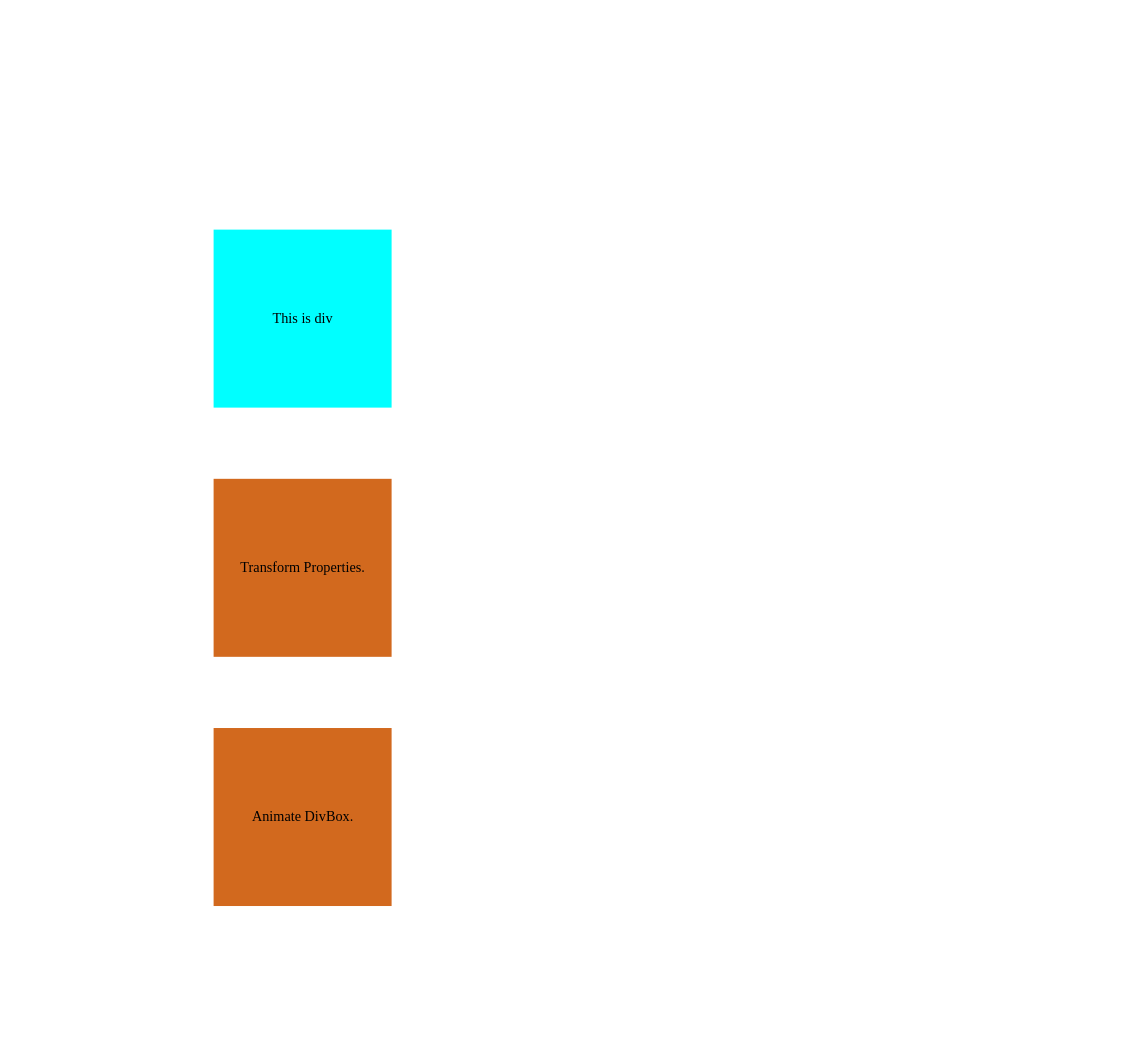
Repository: rakeshkolpepatil/CSS_Apana_College
Page: index.html
These files come from the project's save history. The page is drawn as it stood at one moment and after the next save; the edit follows.
The browser window is 1280 px wide. The pictures show the whole page, at 89% of full size.

Above is the page before, as saved 2023-06-26 17:35:09.

### index.html
<!DOCTYPE html>
<html lang="en">
<head>
  <meta charset="UTF-8">
  <meta name="viewport" content="width=device-width, initial-scale=1.0">
  <title>Transitions</title>
  <link rel="stylesheet" href="transition.css" />
</head>
<br>
  <div id="div1">
    This is div
  </div>
  <div id="transfromDiv">
    Transform Properties.
  </div>
  <div id="animateDiv">
    Animate DivBox.
  </div>
</body>
</html>

### transition.css
*{
  margin: 5rem;
}

#div1{
  width: 200px;
  height: 200px;
  background-color:aqua;
  display: flex;
  text-align: center;
  align-items: center;
  justify-content: center;
  /* transition-property: all;
  transition-duration: 2s;
  transition-timing-function: ease-out;
  transition-delay: 1s; */
  transition: all 2s ease-in-out 1s;
  /* transition-timing-function: ease-in; */
  /* transition-timing-function: cubic; */
  /* transition-timing-function: steps(5); */
  /* line-height: normal; */
  /* vertical-align: middle; */
  /* padding: 50px 0; */
}
#div1:hover{
  background-color:blueviolet;
  color: white;
  width: 600px;
}

#transfromDiv{
  width: 200px;
  height: 200px;
  margin-top: 3rem;
  background-color:chocolate;
  display: flex;
  text-align: center;
  align-items: center;
  justify-content: center;
}

#transfromDiv:hover{
  /* transform: rotate(45deg); */
  transform: rotateX(180deg);
  transform: scale(2);
}
#animateDiv{
  width: 200px;
  height: 200px;
  margin-top: 3rem;
  background-color:chocolate;
  display: flex;
  text-align: center;
  align-items: center;
  justify-content: center;
}

After the next save:
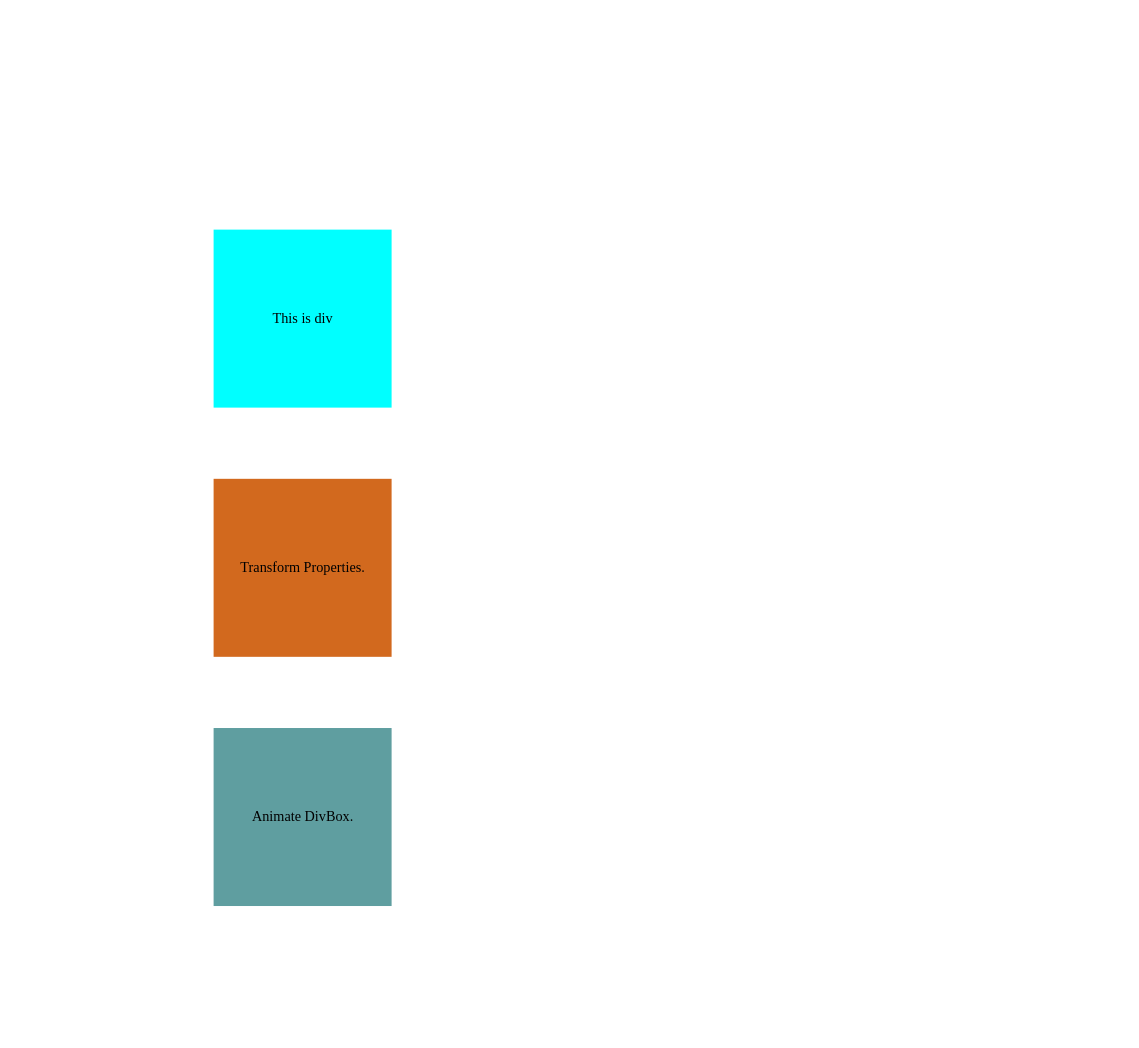
Saved 14 s later.
--- a/transition.css
+++ b/transition.css
@@ -48,7 +48,7 @@
   width: 200px;
   height: 200px;
   margin-top: 3rem;
-  background-color:chocolate;
+  background-color:cadetblue;
   display: flex;
   text-align: center;
   align-items: center;
